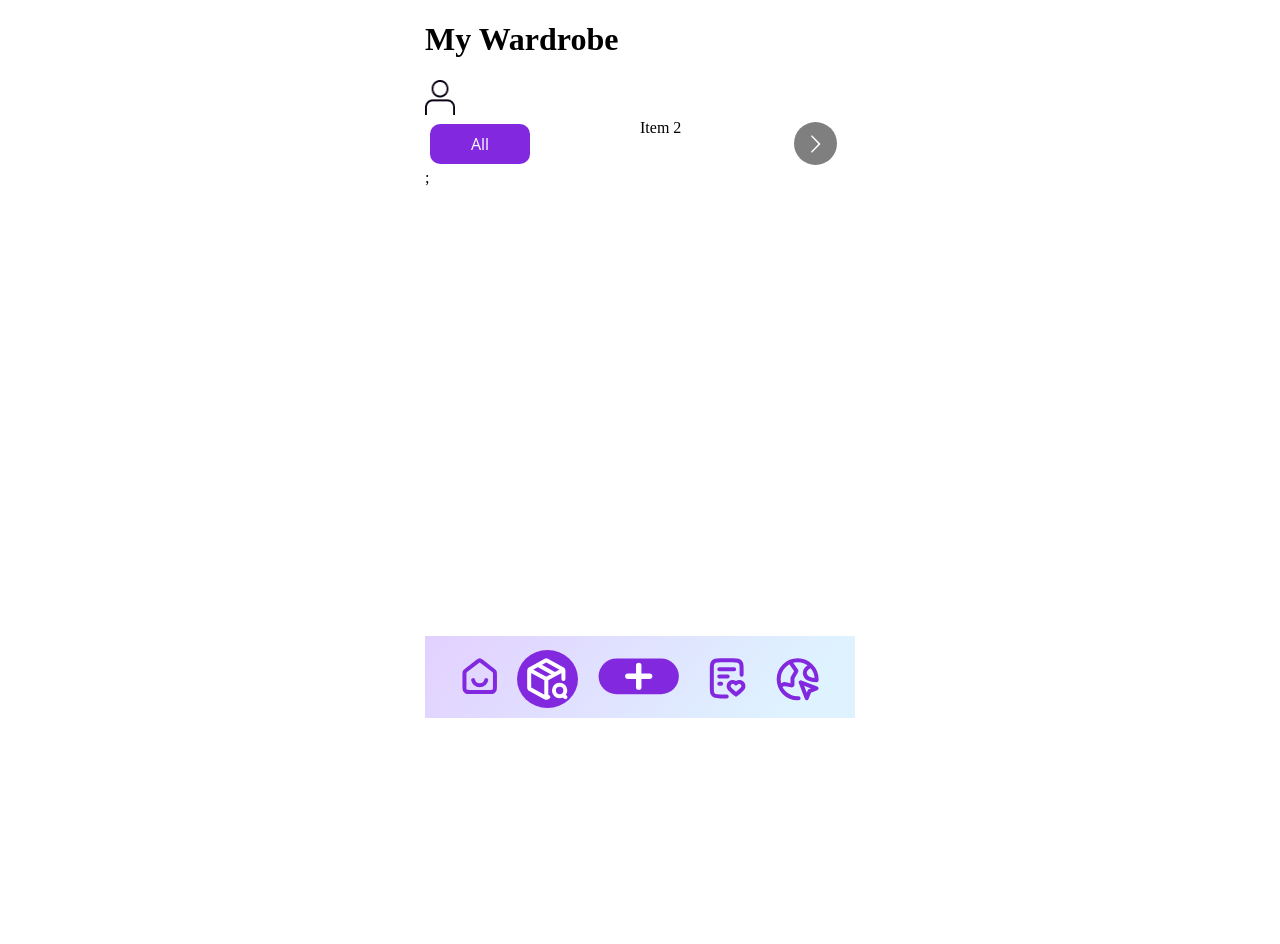
Repository: navnneett/clotho
Page: /Inventory/Category
An editor plug-in stored every save of this project. The page is shown before and after the next save, followed by the edit.
The browser window is 1280 px wide. The pictures show the whole page.
The project was rebuilt for these pictures with package versions that can differ from the ones it lists, and the page was loaded fresh each time. The framework's server and built-in components were replaced by stand-ins that run in the browser. Also part of the build but not shown: next.config.js, next.config.mjs, components/CategoryCard/CategoryCard.module.css, components/CategoryCard/index.js, components/ButtonTwo/ButtonTwo.module.css, components/ButtonTwo/index.js.

Above is the page before, as saved 2024-04-15 16:32:02.

After the next save:
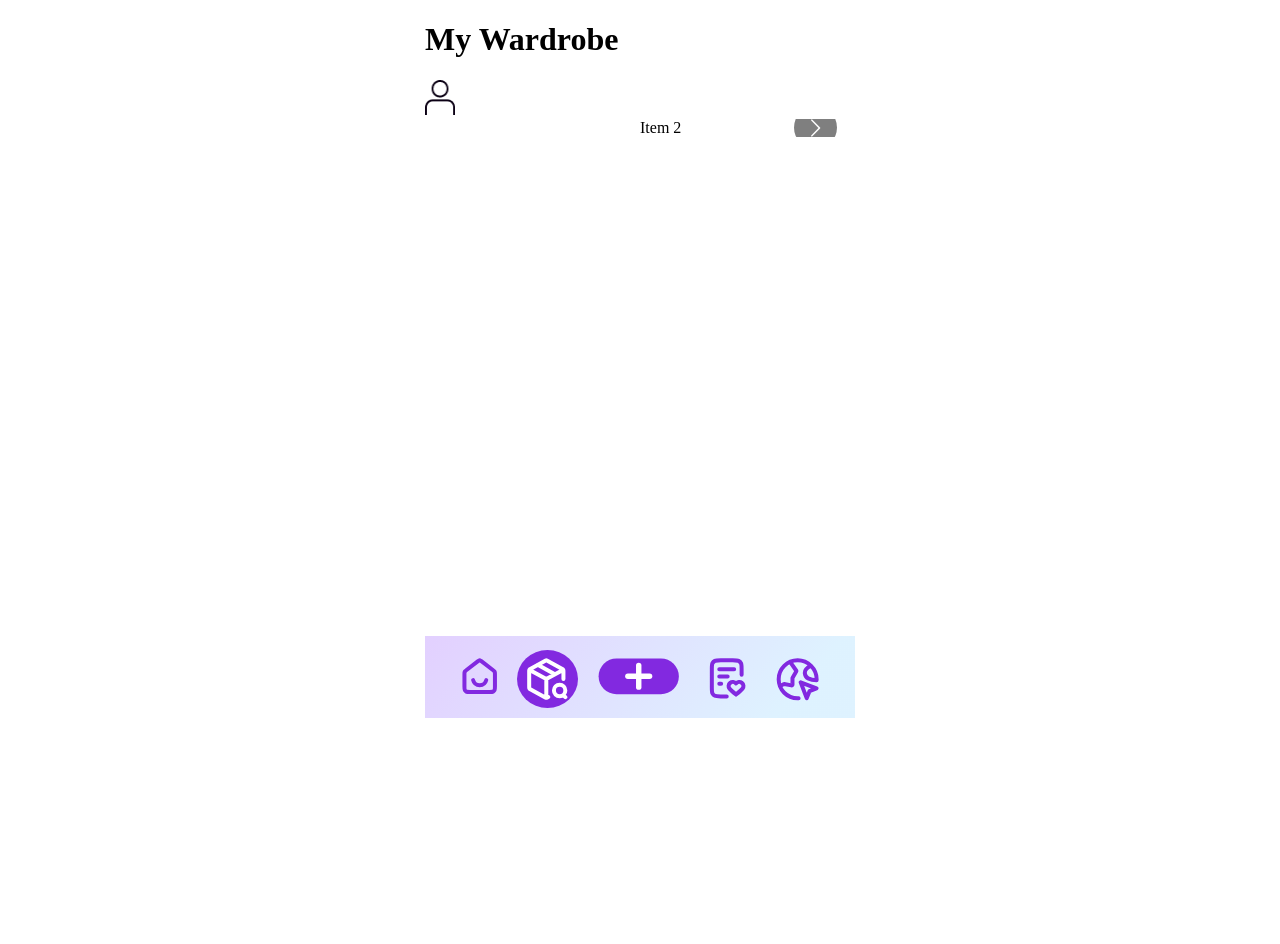
Saved 12 s later.
--- a/pages/Inventory/Category.js
+++ b/pages/Inventory/Category.js
@@ -58,7 +58,7 @@ export default function Category() {
                 <div className={styles.chip}>
                 <Carousel responsive={responsive}>
                     <div>
-                        {color ? (
+                        {/* {color ? (
                         <ButtonTwo title="All" height={40} width={100} margin="5px" onClick={() => findItems("ALL")}>
                             All
                         </ButtonTwo>) :
@@ -66,12 +66,12 @@ export default function Category() {
                             <Button onClick={isClick} title="All" height={40} width={100} borderRadius="10px" fontSize="var(--open-sans-small)" margin="5px">
                                 All
                             </Button>
-                        )}
+                        )} */}
                     </div>
                     <div>Item 2</div>
                     <div>Item 3</div>
                     <div>Item 4</div>
-                </Carousel>;
+                </Carousel>
                     {/* {color ? (
                     <ButtonTwo title="All" height={40} width={100} margin="5px" onClick={() => findItems("ALL")}>
                         All
